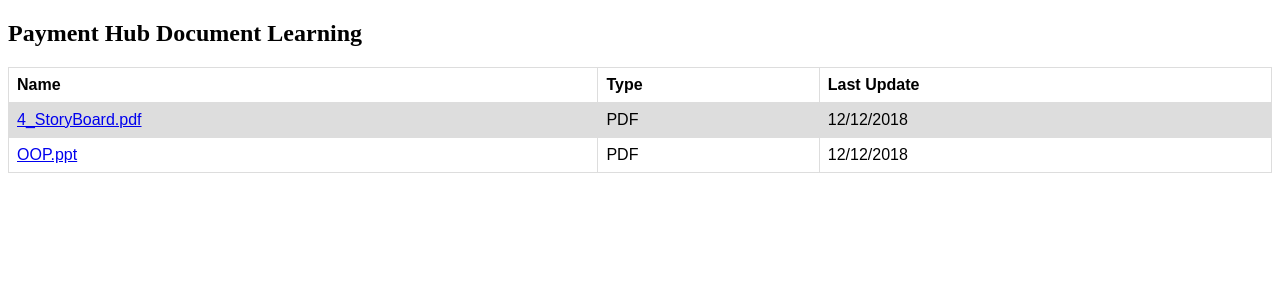
Repository: natzuke06/PMHEwallet
Page: payment/src/main/resources/static/index.html
The author's editor kept a copy of each file at every save. The page is drawn from the files as they stood at one save, then again after the next save.
The browser window is 1280 px wide. The pictures show the whole page.

Above is the page before, as saved 2018-04-27 09:55:29.

### payment/src/main/resources/static/index.html
<!DOCTYPE html>
<html>
<head>
<style>
table {
    font-family: arial, sans-serif;
    border-collapse: collapse;
    width: 100%;
}

td, th {
    border: 1px solid #dddddd;
    text-align: left;
    padding: 8px;
}

tr:nth-child(even) {
    background-color: #dddddd;
}
</style>
</head>
<body>

<h2>Payment Hub Document Learning</h2>

<table>
  <tr>
    <th>Name</th>
    <th>Type</th>
    <th>Last Update</th>
  </tr>
  <tr>
    <td><a href="http://localhost:8080/download?docName=4_StoryBoard.pdf">4_StoryBoard.pdf</a></td>
    <td>PDF</td>
    <td>12/12/2018</td>
  </tr>
   <tr>
    <td><a href="http://localhost:8080/download?docName=OOP.ppt">OOP.ppt</a></td>
    <td>PDF</td>
    <td>12/12/2018</td>
  </tr>

</table>

</body>
</html>

After the next save:
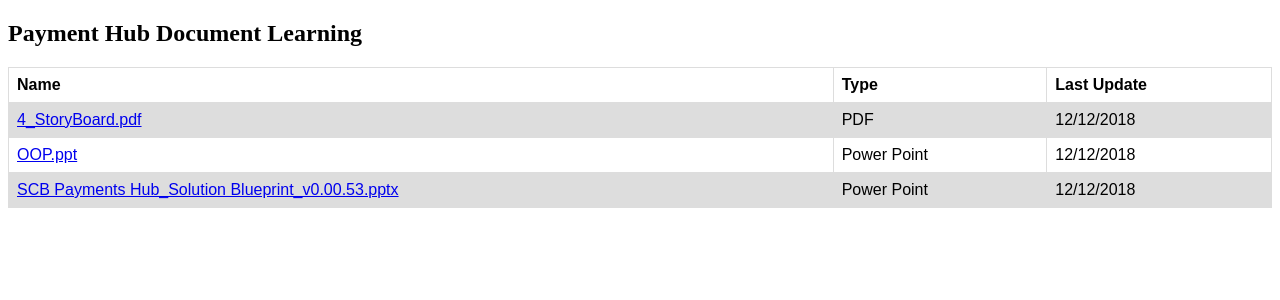
Saved 3 min 57 s later.
--- a/payment/src/main/resources/static/index.html
+++ b/payment/src/main/resources/static/index.html
@@ -36,7 +36,12 @@ tr:nth-child(even) {
   </tr>
    <tr>
     <td><a href="http://localhost:8080/download?docName=OOP.ppt">OOP.ppt</a></td>
-    <td>PDF</td>
+    <td>Power Point</td>
+    <td>12/12/2018</td>
+  </tr>
+   <tr>
+    <td><a href="http://localhost:8080/download?docName=SCB Payments Hub_Solution Blueprint_v0.00.53.pptx">SCB Payments Hub_Solution Blueprint_v0.00.53.pptx</a></td>
+    <td>Power Point</td>
     <td>12/12/2018</td>
   </tr>
 
